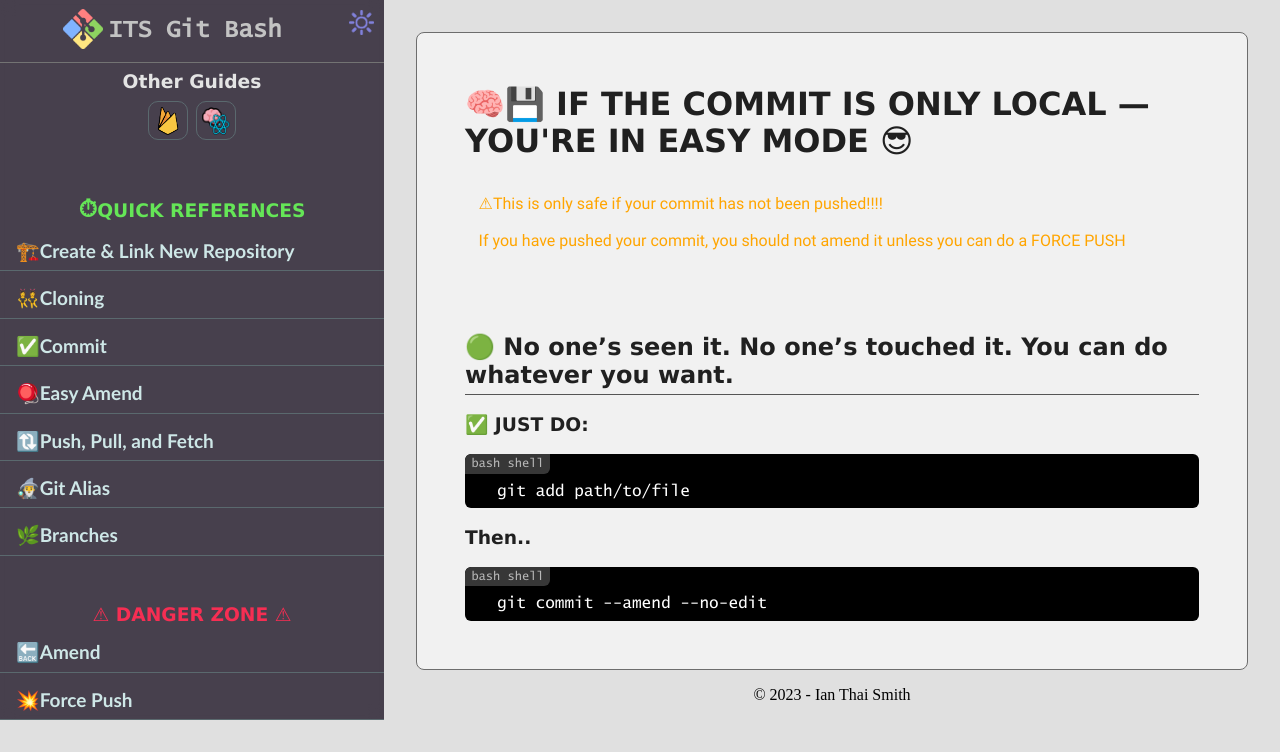
Repository: whyDoILoveThis/project__ITS_Git_Bash
Page: html/easy-amend.html
An editor plug-in stored every save of this project. The page is shown before and after the next save, followed by the edit.
The browser window is 1280 px wide. The pictures show the whole page.

Above is the page before, as saved 2025-07-06 06:25:35.

### html/easy-amend.html
<!DOCTYPE html>
<html lang="en">
  <head>
    <meta charset="UTF-8" />
    <meta name="viewport" content="width=device-width, initial-scale=1.0" />
    <link rel="stylesheet" href="/css/normalize.css" />
    <link rel="stylesheet" href="/css/style.css" />
    <title>new-page</title>
  </head>
  <body>
    <!--!!!!!-->
    <!--! MAIN-WRAP -->
    <div class="main-wrap">
      <section class="article-wrap">
        <article class="article">
          <h1>🧠💾 IF THE COMMIT IS ONLY LOCAL — YOU'RE IN EASY MODE 😎</h1>
          <p class="orng">
            ⚠This is only safe if your commit has not been pushed!!!!
            <br />
            <br />
            If you have pushed your commit, you should not amend it unless you
            can do a FORCE PUSH
          </p>
          <h2>
            🟢 No one’s seen it. No one’s touched it. You can do whatever you
            want.
          </h2>
          <h3>✅ JUST DO:</h3>
          <div class="code">
            <p>git add path/to/file<br /></p>
          </div>
          <h3>Then..</h3>
          <div class="code">
            <p>git commit --amend --no-edit</p>
          </div>
        </article>
      </section>
    </div>
    <!--! MAIN-WRAP -->
    <!--! !!!!!!! -->
    <script src="/JS/dynamic-nav.js"></script>
  </body>
</html>

### css/style.css


/*TODO: REFACTOR FOR BETTER ORGANIZATION
        AND REMOVING REDUNDANCIES*/

        :root {
            --size--brightness-toggler: 50px;
        }


.gradient {
    width: 100vw;
    height: 100vh;
    background: rgb(52,30,84);
background: linear-gradient(360deg, rgba(52,30,84,1) 0%, rgba(67,41,166,1) 100%);
}

@font-face {
    font-family: LucidaConsole;
    src: url(/fonts/lucon.ttf);

}

@font-face {
    font-family: Roboto;
    src: url(/fonts/Roboto-Regular.ttf);
}

body {
    font-family: 'Lucida Sans', 'Lucida Sans Regular', 'Lucida Grande', 'Lucida Sans Unicode', Geneva, Verdana, sans-serif;
    transition: background-color 0.3s ease-in;
    background-color: rgb(36, 31, 35);

}

body::-webkit-scrollbar-track
{
	-webkit-box-shadow: inset 0 0 6px rgba(0,0,0,0.3);
	border-radius: 10px;
	background-color: rgb(52, 29, 69);
}

body::-webkit-scrollbar
{
    border-radius: 10px;

	width: 5px;
	background-color: rgb(50, 41, 56);
}

body::-webkit-scrollbar-thumb
{
	border-radius: 10px;
	-webkit-box-shadow: inset 0 0 6px rgba(0,0,0,.3);
	background-color: #8181DB;
}



ul {
    list-style-type: none;
    padding: 0;
    padding-bottom: 4rem;
    margin: 0;
}

ul li {
    padding: 1rem 0 0.5rem 1rem;
    border-bottom: 0.5px solid rgb(90, 105, 110);
}

li a {
    text-decoration: none;
    color: rgb(206, 231, 231);
    font-family: 'Trebuchet MS', 'Lucida Sans Unicode', 'Lucida Grande', 'Lucida Sans', Arial, sans-serif;
    font-weight: 600;
    text-decoration-thickness: 0px;
    font-size: 19px;
}

a {
    color: rgb(45, 143, 248);
    text-decoration: none;
}

a:hover {
    font-weight: 600;
    text-decoration: underline;
}

li a:hover {
    text-decoration: underline;
    text-decoration-thickness: 2px;
    text-decoration-color: rgb(110, 203, 103);
}

em {
    font-style: normal;
}

.main-wrap {
    display: flex;
    height: 100%;
    width: 100%;
}

/** NAV */

.nav {
    z-index: 100;
    background: rgba(50, 41, 56, 0.877);
    backdrop-filter: blur(8px);
    -webkit-backdrop-filter: blur(8px);
    display: flex;
    flex-direction: column;
    width: 30%;
    height: 100%;
    position: fixed;
    overflow: auto;
    transition: all 0.37s ease-out;
}

.nav::-webkit-scrollbar-track
{
	-webkit-box-shadow: inset 0 0 6px rgba(0,0,0,0.3);
	border-radius: 10px;
	background-color: rgb(50, 41, 56);
}

.nav::-webkit-scrollbar
{
    border-radius: 10px;

	width: 3px;
	background-color: rgb(50, 41, 56);
}

.nav::-webkit-scrollbar-thumb
{
	border-radius: 10px;
	-webkit-box-shadow: inset 0 0 6px rgba(0,0,0,.3);
	background-color: #8181DB;
}


.logo-wrap {
    height: auto;
    max-height: 40px;
    display: flex;
    align-items: center;
    justify-content: center;
    gap: 0.3rem;
    padding: 0.7rem;
    border-bottom: 1px solid rgb(115, 115, 115);
    padding-right: var(--size--brightness-toggler);

}

.logo__icon {
    width: 8vw;
    max-width: 40px;
    height: 8vw;
    max-height: 40px;
    display: inline;
}

.logo__tag {
    color: rgb(195, 195, 195);
    font-family:  LucidaConsole, Arial, Helvetica, sans-serif;
    white-space: 1px;
    font-size: 24px;
    font-weight: 600;
    margin: 0;
}

.dark-mode-toggler-wrap {
    position: absolute;
    top: 10px;
    right: 10px;

}

.other-guides-wrap {
    margin: 0.5rem;
    display: flex;
    justify-content: center;
    align-self: center;
    gap: 0.5rem;
}

.other-guides-wrap > a > img {
    width: 28px;
}

.other-guides-heading {
    color: rgb(228, 228, 228);
    margin-top: 0;
}

.guide-link {
    border: 1px solid rgb(90, 105, 110);
    border-radius: 10px;
    display: flex;
    justify-content: center;
    padding: 0.3rem;
    transition: background-color 0.4s;
}

.guide-link:hover {
    background-color: rgba(255, 255, 255, 0.117);
}

.quick-ref-heading {
    color: rgb(101, 230, 87);
    text-transform: uppercase;
}

.quick-ref-heading::before {
    content: '⏱';
    font-size: 24px;
}

.article-wrap {
    margin-left: 30%;
    width: calc(70% - 2rem * 2);
    padding: 2rem;
}

.article {
    border: 1px solid rgb(109, 109, 109);
    border-radius:8px;
    display: flex;
    flex-direction: column;
    padding: 3rem;
    padding-top: 2rem;

    background-color: rgb(49, 49, 49);
    color: rgba(255, 255, 255, 0.90);
    transition: background-color 0.4s ease-in, color 0.5s ease-in;

}

.article__heading,
.article h2.h2--large {
    text-align: center;
    font-size: 32px;
    margin: 0.8rem;
    border: 0;
}

.article h2 {
    margin: 4.4rem 0 0rem 0;
    border-bottom: 1px solid #555;
    padding-bottom: 0.3rem;
}


.article > p {
    font-family: Roboto, Arial, Helvetica, sans-serif;
    margin: 0.85rem;
}

.emoji {
    display: inline;
    width: 20px;
}

.emoji--rocket {
    content: url(/img/emoji-rocket.PNG);
}

.code {
    font-family: LucidaConsole, Arial, Helvetica, sans-serif;
    white-space: nowrap;
    background-color: black;
    color: white;
    font-style: normal;
    width: 100%;
    display: flex;
    flex-direction: column;
    border-radius: 6px;
    overflow: auto;
}

.code p::selection,
.code em::selection {
    background: rgba(214, 172, 238, 0.273);
    color: inherit;
}

.code::-webkit-scrollbar {
    width: 12px;
    background-color: #F5F5F5;
    height: 7px;
}
.code::-webkit-scrollbar-thumb {
    border-radius: 1px;
    -webkit-box-shadow: inset 0 0 6px rgba(0,0,0,.3);
    background-color: #555;
}
.code::-webkit-scrollbar-track {
    -webkit-box-shadow: inset 0 0 6px rgba(0,0,0,0.3);
    border-radius: 1px;
    background-color: #F5F5F5;
}


.code::before {
    content: 'bash shell';
    background-color: rgb(55, 55, 55);


    align-self: flex-start;

    color: rgb(184, 184, 184);
    padding: 0.25rem 0.4rem 0.1rem 0.4rem;
    border-radius: 6px 0px 6px 0;
    font-size: 12px;
}

.code--html::before {
    content: 'HTML';
    color: rgb(255, 72, 0);
    letter-spacing: 1px;
}

.code--js::before {
   content: 'javascript';
   color: yellow;
}

.code--json::before {
    content: 'json';
    color: rgb(93, 184, 93);
}

.code--file-struct::before {
    content: '📁';
    font-size: 20px;
}

.code p {
    margin: 0.5rem 0 0.5rem 2rem;
    display: inline-block;
    flex: 0 0 100%;
}

.comnt {
    color: rgb(123, 123, 123);
}

.orng {
    color: orange;
}

.grn {
    color: rgb(60, 162, 60);
}

.blu {
    color: rgb(74, 189, 255);
}

.red {
    color: rgb(246, 46, 83);
}

/** BUTTONS */

.btn-group {
    display: flex;
    gap: 0.5rem;
}

.btn {
    position: relative;
    z-index: 99;
    width: 100%;
    font-family: Roboto, Arial, Helvetica, sans-serif;
    font-size: 24px;
    text-shadow: 0 0 2px rgba(0, 0, 0, 0.577);
    padding: 10px 20px;
    background-color: #27396a;

    color: #6cbbfb;
    cursor: pointer;
    border-radius: 10px;
    border: 1.5px solid rgb(0, 0, 0);
    margin-top: 1rem;
}

.btn--important {
    color: rgb(252, 107, 107);
    background-color: rgb(83, 32, 32);
}

.btn--more-info-box {

    font-family: Roboto, Arial, Helvetica, sans-serif;
    background-color: #eeeeee;
    background-color: #363232;

    color: #202020;
    color: rgba(255, 255, 255, 0.90);
    position: relative;
    top: -1rem;
    padding: 1rem;
    border-radius: 8px;
    text-align: center;
    border: 1.5px solid rgb(0, 115, 225);
    animation: 0.5s ease-in-out;
    transform-origin: top center;
    transition: background-color 0.4s ease-in, color 0.5s ease-in;
}

.btn--more-info-box.hidden {
    display: none;

}

@keyframes bounceDown {
    0% {
        transform: scaleY(0);
        opacity: 0;
    }
    70% {
        transform: scaleY(1.04);
        opacity: 1;
    }
    100% {
        transform: scaleY(1);
        opacity: 1;
    }
}

@keyframes bounceUp {
    0% {
        transform: scaleY(1);
        opacity: 1;
    }

    20% {
        transform: scaleY(1.04);
        opacity: 0.8;
    }

    100% {
        transform: scaleY(0);
        opacity: 0.2;
    }
}

.btn--more-info-box p {
    text-align: left;
}

.btn--more-info-box h2 {
    margin-top: 2.5rem;
}

.btn--more-info-box h3 {
    margin-top: 1.5rem;
    margin-bottom: 0;
}

@media screen and (min-width: 768px) {
    .nav-toggler {
        position: fixed;
        display: none;
        visibility: hidden;
    }
}

@media screen and (max-width: 778px) {
    ul li {
        padding: 0.8rem 0.3rem 0.5rem 0.8rem;
    }

    li a {
        font-size: 17px;
    }

    .nav {
        margin: 0;
        width: 100%;
        height: 60px;
        overflow: hidden;
        border-top-right-radius: 0;
        border-bottom-left-radius: 10px;
        border-bottom-right-radius: 10px;
        box-shadow: 1px 1px 1px 3px rgba(0, 0, 0, 0.179);
    }

    .nav-expanded {
        width: 85%;
        height: 100%;
        overflow-y: auto;
        box-shadow: 1px 1px 0px 700px rgba(0, 0, 0, 0.5);
        border-bottom-left-radius: 0;
    }

    .nav-expanded .nav-toggler {
        position: absolute;
        transform: translateY(60px);
    }

    .logo-wrap {
        place-self: center;
        padding-right: var(--size--brightness-toggler);
        padding-left: var(--size--brightness-toggler);
    }
    .logo__icon {
        height: 40px;
        width: 40px;
    }
    .dark-mode-toggler-wrap {
        position: absolute;
        top: 15px;
        right: 10px;

    }
    .nav-toggler {
       width: 40px;
       position: absolute;
       left: 10px;

       transition: all 0.2s;
    }

    .logo__tag {
        font-size: 22px;
        white-space: nowrap;
    }

    .article-wrap {
        margin: 0;
        width: calc(100% - 0.5rem * 2);
         padding: 0.5rem;
         margin-top: 70px;
     }
     .article {
        padding: 0.5rem;
    }
}

.copyright::before {
    content: '© 2023 - Ian Thai Smith ';
    font-family: 'Times New Roman', Times, serif ;
    display: flex;
    justify-content: center;

}

### JS/dynamic-nav.js
const head = document.getElementsByTagName('head')[0];
const tabIcon = document.createElement("link");
tabIcon.href = "/img/git-bash-icon.png";
tabIcon.rel = "icon";
head.appendChild(tabIcon);

const articleWrap = document.querySelector(".article-wrap");

const copyright = document.createElement("p");
copyright.classList.add("copyright");

articleWrap.appendChild(copyright);

// Select the target element
const container = document.querySelector(".main-wrap");

// Create the main navigation element
const navigation = document.createElement("nav");
navigation.classList.add("nav");

function expandNav(){
    navigation.classList.toggle("nav-expanded")
}

const navToggler = document.createElement("img");
navToggler.src = "/img/icon-nav-toggler.png";
navToggler.classList.add("nav-toggler");
navToggler.addEventListener("click", expandNav);



// Create the logo-wrap div
const logoWrap = document.createElement("div");
logoWrap.classList.add("logo-wrap");

// Create the logo icon
const logoIcon = document.createElement("img");
const homeLink = document.createElement("a");
homeLink.href = "/index.html";
logoIcon.src = "/img/git-bash-icon.png";
logoIcon.alt = "";
logoIcon.classList.add("logo__icon");
homeLink.appendChild(logoIcon);


// Create the logo tag
const logoTag = document.createElement("p");
logoTag.classList.add("logo__tag");
logoTag.innerText = "ITS Git Bash";


const darkModeTogglerWrap = document.createElement("div");
darkModeTogglerWrap.classList.add("dark-mode-toggler-wrap");
const darkModeToggler = document.createElement("img");
darkModeTogglerWrap.appendChild(darkModeToggler);
darkModeToggler.src = "/img/icon-brightness-dim.png";
darkModeToggler.style.width = "25px";
darkModeToggler.classList.add(".dark-mode-toggler");

const article = document.querySelector('.article')


darkModeToggler.addEventListener("click", toggleBrightness);

const otherGuidesWrap = document.createElement("div");
otherGuidesWrap.classList.add("other-guides-wrap");

const otherGuides = document.createElement("h3");
otherGuides.innerText = "Other Guides";
otherGuides.classList.add('other-guides-heading');
otherGuides.style.textAlign = "center";
otherGuides.style.marginBottom = "0";
otherGuides.style.marginTop = "0.5rem";

const linkBash = document.createElement('a');
const imgBash = document.createElement("img");
linkBash.classList.add('guide-link');
imgBash.src = "/img/firebase-icon.png";
linkBash.href = "https://its-firebase.vercel.app";
linkBash.appendChild(imgBash);
otherGuidesWrap.appendChild(linkBash);
// another
const linkReact18 = document.createElement('a');
const imgReact18 = document.createElement("img");
linkReact18.classList.add('guide-link');
imgReact18.src = "/img/learn-react18-icon.png";
linkReact18.href = "https://learn-react18.vercel.app";
linkReact18.appendChild(imgReact18);
otherGuidesWrap.appendChild(linkReact18);




const infoBoxes = document.querySelectorAll('.btn--more-info-box');


// Check if 'bright' is stored in localStorage
const storedBright = localStorage.getItem('bright');

// Initialize 'bright' with the stored value (or default to false if not found)
let bright = storedBright === 'false';


function toggleBrightness() {
    bright = !bright;

    // Store the updated 'bright' value in localStorage
    localStorage.setItem('bright', bright);

 // Update UI and apply styles based on 'bright' state

    if(bright){
    fadeOutAndChange(darkModeToggler, "/img/icon-brightness-bright.png");
    document.body.style.backgroundColor = 'rgb(224, 224, 224)';
    article.style.backgroundColor = 'rgb(241, 241, 241)';
    article.style.color = '#202020';
    copyright.style.color = 'black';
    infoBoxes.forEach(infoBox => {
        infoBox.style.backgroundColor = '#eeeeee';
        infoBox.style.color = '#202020';
    });
    } else {
        fadeOutAndChange(darkModeToggler, "/img/icon-brightness-dim.png");
        document.body.style.backgroundColor = 'rgb(36, 31, 35)';
        article.style.backgroundColor = 'rgb(49, 49, 49)';
        article.style.color = 'rgba(255, 255, 255, 0.90)';
        copyright.style.color = 'white';
        infoBoxes.forEach(infoBox => {
            infoBox.style.backgroundColor = '#363232';
            infoBox.style.color = 'rgba(255, 255, 255, 0.90)';
        });
    }
}

function fadeOutAndChange(element, newImageSrc) {
    element.style.opacity = 0;
    setTimeout(() => {

        element.src = newImageSrc;
        element.style.opacity = 1;
    }, 200); // Adjust the time to match your CSS transition duration
}

// Call toggleBrightness to initialize UI based on stored value
toggleBrightness();


// Append the logo icon and tag to the logo-wrap div
logoWrap.appendChild(navToggler);
logoWrap.appendChild(homeLink);
logoWrap.appendChild(logoTag);



// Create the links list
const linkList = document.createElement("ul");
linkList.classList.add("link__list");


const quickRefs = document.createElement("h3");
quickRefs.innerText = "Quick References";
quickRefs.classList.add('quick-ref-heading');
quickRefs.style.textAlign = "center";
quickRefs.style.marginBottom = "0";
quickRefs.style.marginTop = "3rem";
linkList.appendChild(quickRefs);
/****************LINKS****************** */
/****************LINKS****************** */
// Create a list item for the link
const linkItem1 = document.createElement("li");
linkItem1.classList.add("link");
// Create the link itself
const linkCreateNewRepo = document.createElement("a");
linkCreateNewRepo.href = "/html/create-and-link-new-repo.html";
linkCreateNewRepo.innerText = "🏗️Create & Link New Repository";
// Append the link to the list item
linkItem1.appendChild(linkCreateNewRepo);
// Append the list item to the links list
linkList.appendChild(linkItem1);

// Create a list item for the link
const linkItem2 = document.createElement("li");
linkItem2.classList.add("link");
const linkCloning = document.createElement("a");
linkCloning.href = "/html/cloning.html";
linkCloning.innerText = "👯‍♀️Cloning";
// Append the link to the list item
linkItem2.appendChild(linkCloning);
// Append the list item to the links list
linkList.appendChild(linkItem2);

const linkItem3 = document.createElement("li");
linkItem3.classList.add("link");
const linkCommit = document.createElement("a");
linkCommit.href = "/html/commit.html";
linkCommit.innerText = "✅Commit";
linkItem3.appendChild(linkCommit);
linkList.appendChild(linkItem3);

const linkItem3v1 = document.createElement("li");
linkItem3v1.classList.add("link");
const linkEasyAmend = document.createElement("a");
linkEasyAmend.href = "/html/easy-amend.html";
linkEasyAmend.innerText = "🪀Easy Amend";
linkItem3v1.appendChild(linkEasyAmend);
linkList.appendChild(linkItem3v1);

const linkItem4 = document.createElement("li");
linkItem4.classList.add("link");
const linkPushPullAndFetch = document.createElement("a");
linkPushPullAndFetch.href = "/html/push-pull-and-fetch.html";
linkPushPullAndFetch.innerText = "🔃Push, Pull, and Fetch";
linkItem4.appendChild(linkPushPullAndFetch);
linkList.appendChild(linkItem4);

const linkItem7 = document.createElement("li");
linkItem7.classList.add("link");
const linkGitAlias = document.createElement("a");
linkGitAlias.href = "/html/git-alias.html";
linkGitAlias.innerText = "🧙‍♂️Git Alias";
linkItem7.appendChild(linkGitAlias);
linkList.appendChild(linkItem7);

const linkItem8 = document.createElement("li");
linkItem8.classList.add("link");
const linkBranches = document.createElement("a");
linkBranches.href = "/html/branches.html";
linkBranches.innerText = "🌿Branches";
linkItem8.appendChild(linkBranches);
linkList.appendChild(linkItem8);

const dangerZone = document.createElement("h3");
dangerZone.innerText = "⚠ DANGER ZONE ⚠";
dangerZone.style.textAlign = "center";
dangerZone.classList.add("red");
dangerZone.style.marginBottom = "0";
dangerZone.style.marginTop = "3rem";
linkList.appendChild(dangerZone);

const linkItem5 = document.createElement("li");
linkItem5.classList.add("link");
const linkAmend = document.createElement("a");
linkAmend.href = "/html/amend.html";
linkAmend.innerText = "🔙Amend";
linkItem5.appendChild(linkAmend);
linkList.appendChild(linkItem5);

const linkItem6 = document.createElement("li");
linkItem6.classList.add("link");
const linkForcePush = document.createElement("a");
linkForcePush.href = "/html/💥force-push.html";
linkForcePush.innerText = "💥Force Push";
linkItem6.appendChild(linkForcePush);
linkList.appendChild(linkItem6);





/****************LINKS****************** */
/****************LINKS****************** */


// Append the logo-wrap div and links list to the navigation
navigation.appendChild(logoWrap);
navigation.appendChild(darkModeTogglerWrap);
navigation.appendChild(otherGuides);
navigation.appendChild(otherGuidesWrap);
navigation.appendChild(linkList);

// Append the navigation to the container
container.appendChild(navigation);

Loaded but not shown: css/normalize.css (library)

After the next save:
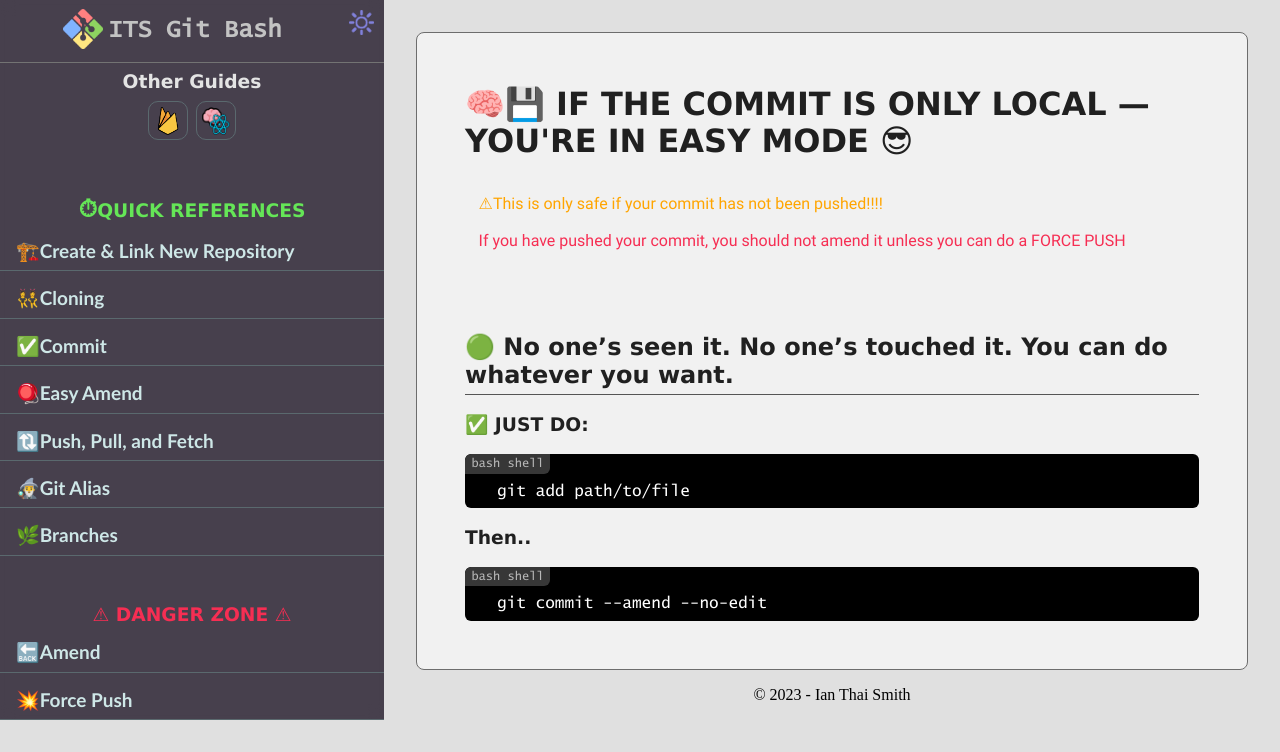
Saved 11 s later.
--- a/html/easy-amend.html
+++ b/html/easy-amend.html
@@ -18,8 +18,10 @@
             ⚠This is only safe if your commit has not been pushed!!!!
             <br />
             <br />
-            If you have pushed your commit, you should not amend it unless you
-            can do a FORCE PUSH
+            <em class="red">
+              If you have pushed your commit, you should not amend it unless you
+              can do a FORCE PUSH
+            </em>
           </p>
           <h2>
             🟢 No one’s seen it. No one’s touched it. You can do whatever you
